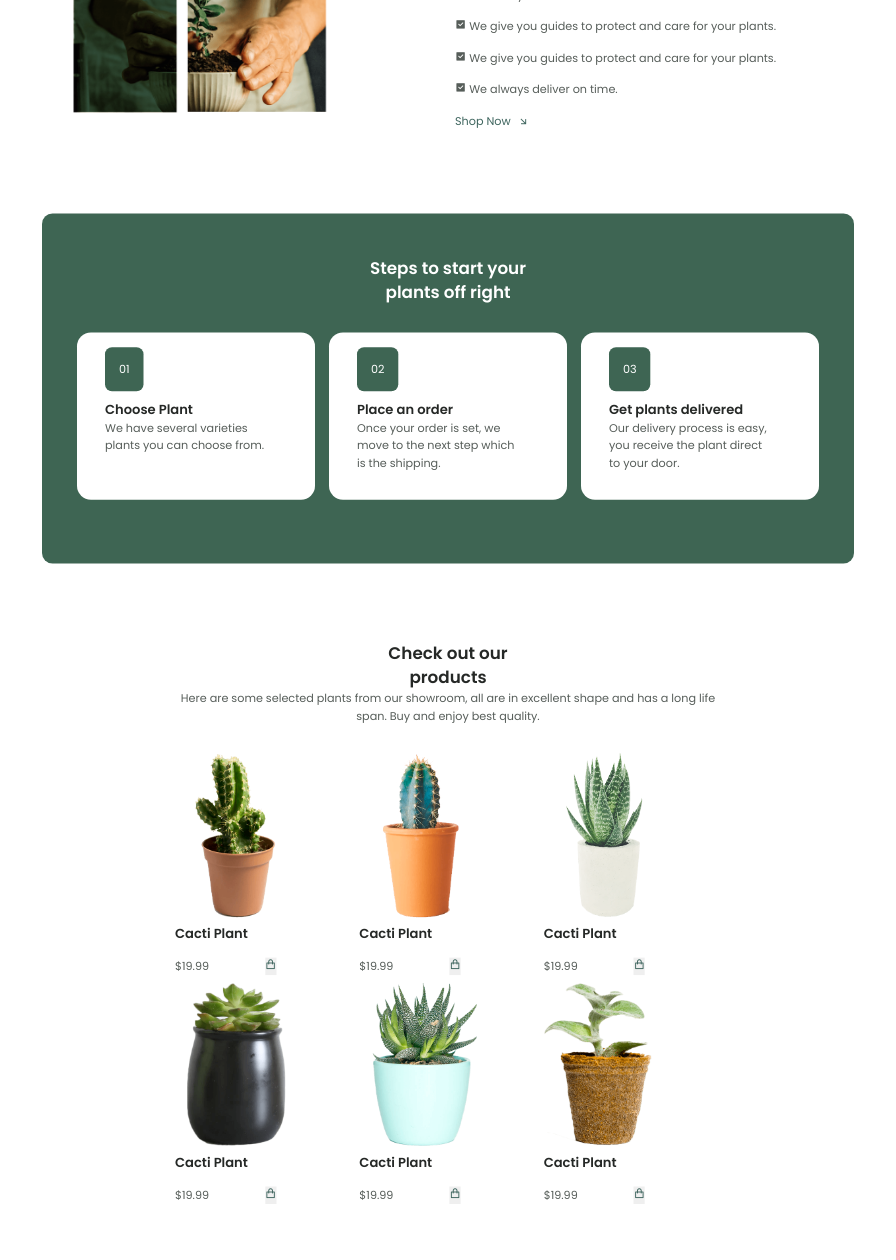
Repository: OmniaRafat232111121/plantwebsite
Page: index.html
The author's editor kept a copy of each file at every save. The page is drawn from the files as they stood at one save, then again after the next save.
The browser window is 1280 px wide. The pictures show the part of the page from y = 810 to 2730 px (the page is 2610 px tall before and 2730 px after), at 70% of full size.

Above is the page before, as saved 2023-01-05 06:15:23.

After the next save:
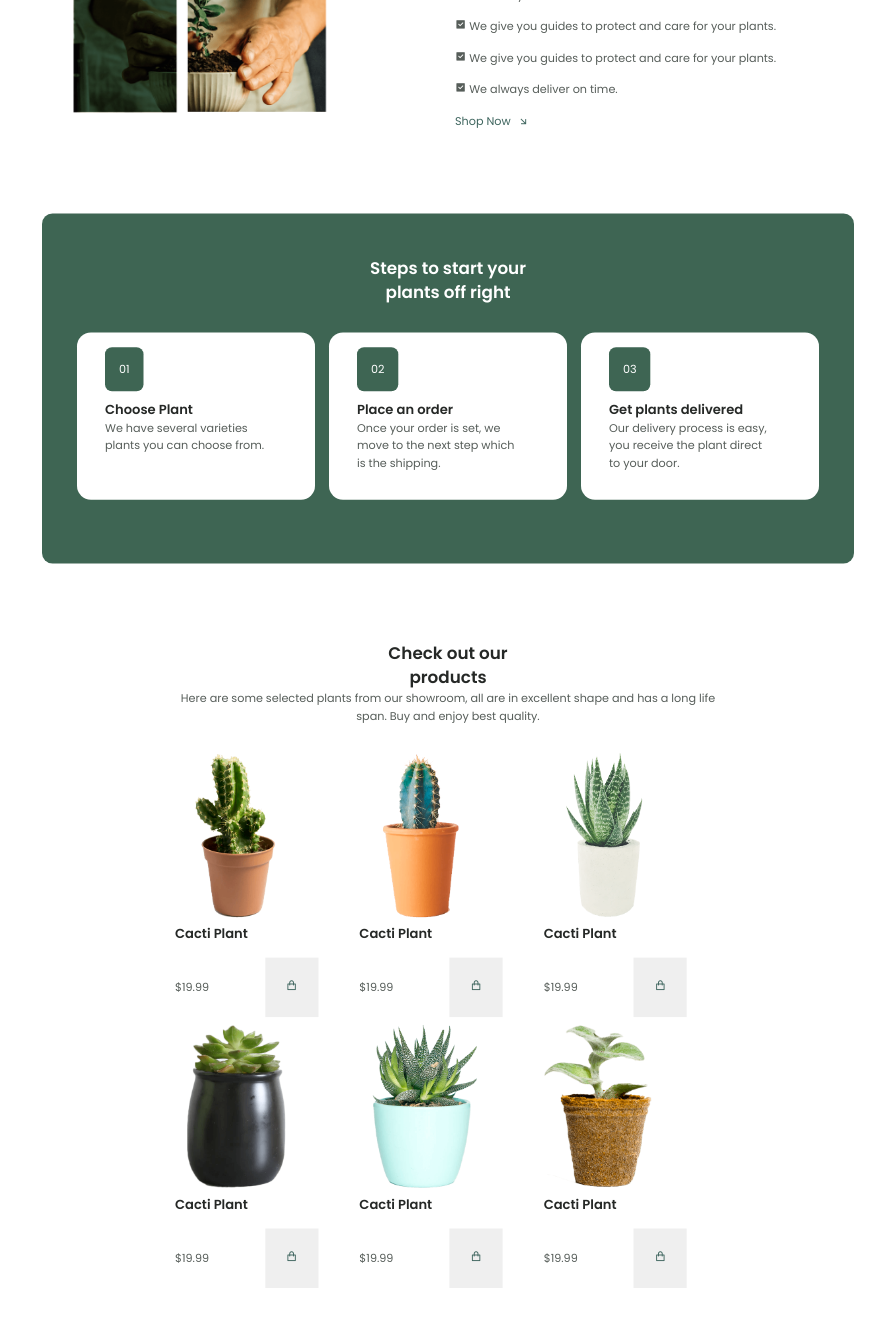
Saved 6 s later.
--- a/assets/css/styles.css
+++ b/assets/css/styles.css
@@ -534,5 +534,6 @@ margin-bottom: 30px;
   margin-top: 20px;
 }
 .box .product_Button{
-  color:var(--green)
-}
+  color:var(--green);
+  padding:30px;
+}
